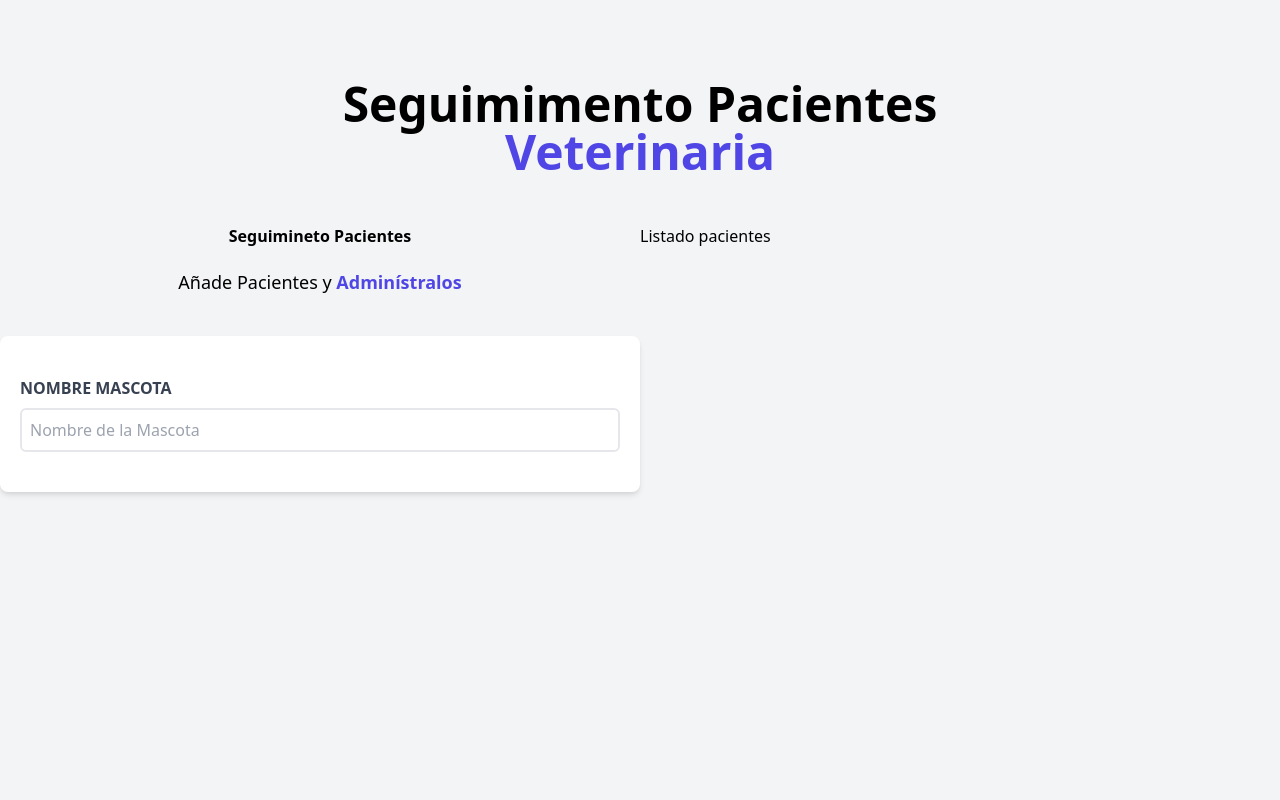
Repository: rlaureano/citas_react
Page: /
These files come from the project's save history. The page is drawn as it stood at one moment and after the next save; the edit follows.
The browser window is 1280 px wide. The pictures show the whole page.
The project was rebuilt for these pictures with package versions that can differ from the ones it lists, and the page was loaded fresh each time. Also part of the build but not shown: vite.config.js.

Above is the page before, as saved 2022-01-11 22:12:11.

After the next save:
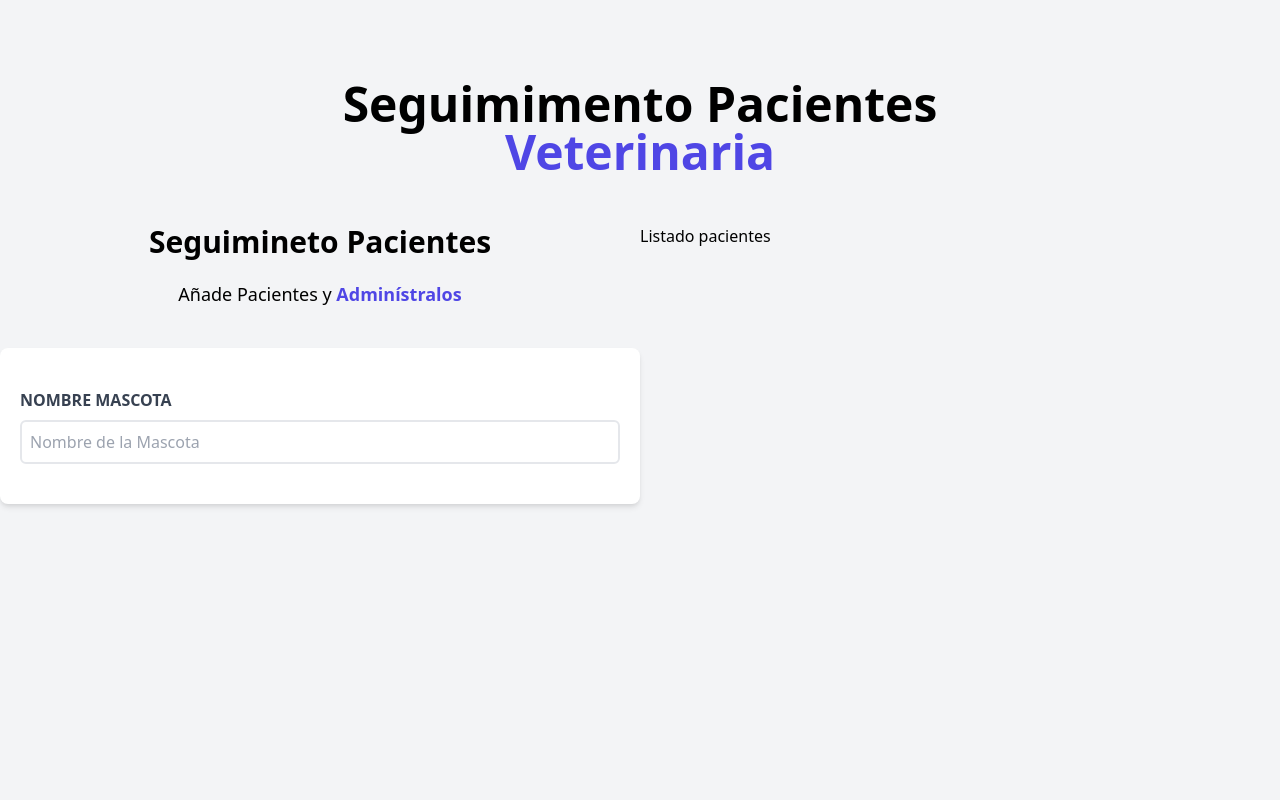
Saved 4 min 2 s later.
--- a/src/components/Formulario.jsx
+++ b/src/components/Formulario.jsx
@@ -4,7 +4,7 @@ const Formulario = () => {
   return (
     <div className="md:w-1/2 lg:w2/5">
 
-      <h2 className="font-black text-3x1 text-center">Seguimineto Pacientes</h2>
+      <h2 className="font-black text-3xl text-center">Seguimineto Pacientes</h2>
 
       <p className="text-lg mt-5 text-center mb-10">
         Añade Pacientes y {''}
